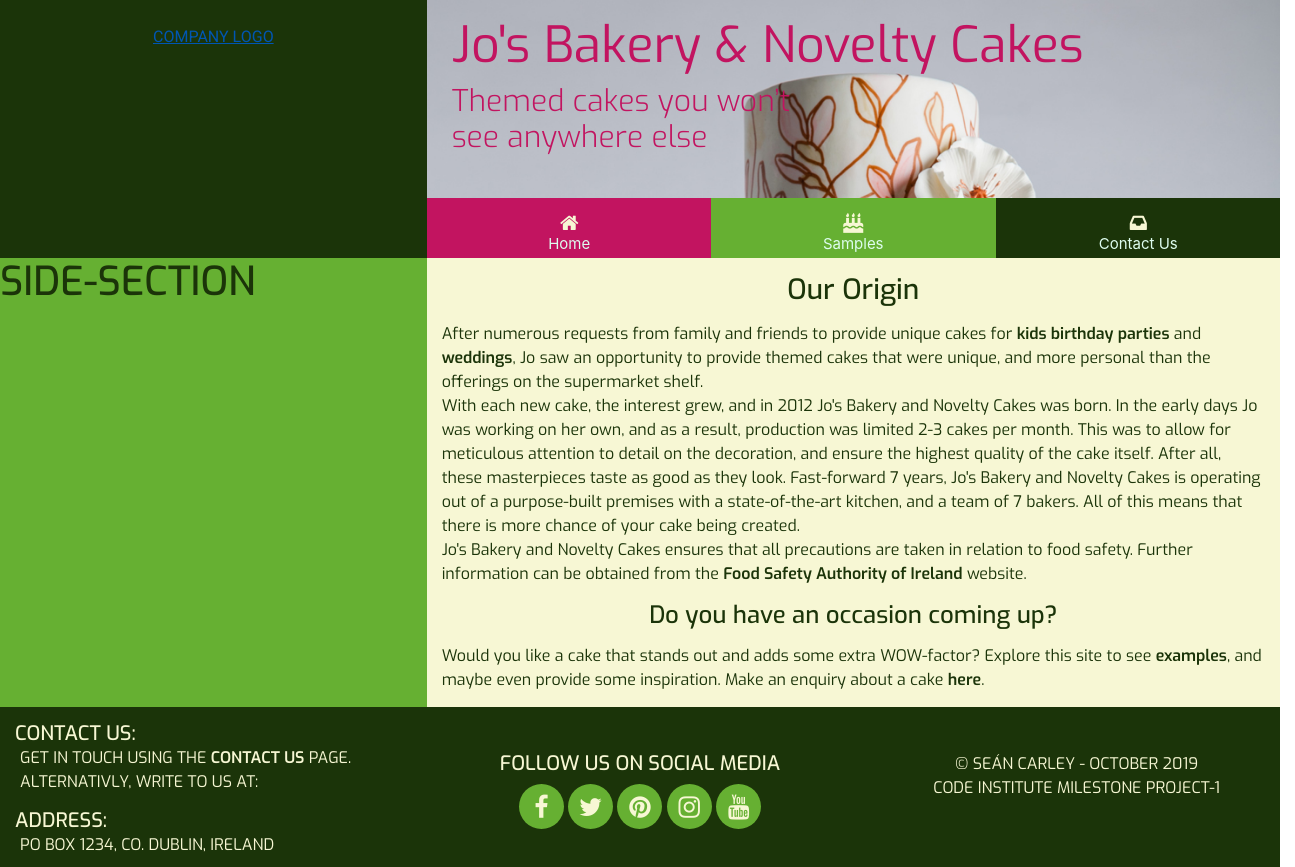
Repository: seanjcarley/Milestone1
Page: index.html
The author's editor kept a record of every edit. The page is drawn from the files as they stood at one moment, then again after the next edit.
The browser window is 1280 px wide. The page is 1295 px wide, so the pictures cover 1295 px, including what lies to the right of the window. The pictures show the whole page.

Above is the page before.

After the next edit:
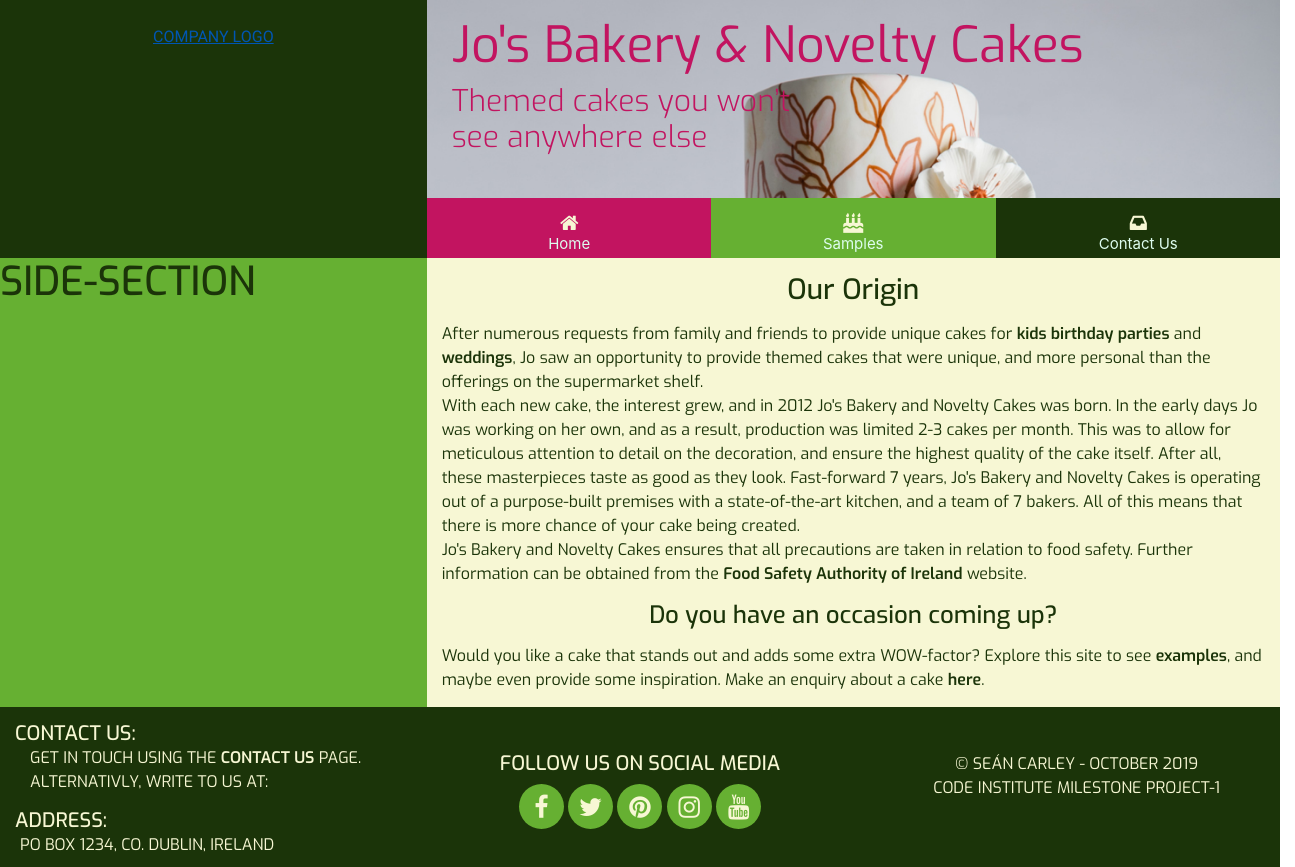
The edit:
--- a/css/style.css
+++ b/css/style.css
@@ -252,7 +252,7 @@
 
 .footer-text {
     margin: 0;
-    padding-left: 20px;
+    padding-left: 30px;
     padding-top: 0;
 }
 
